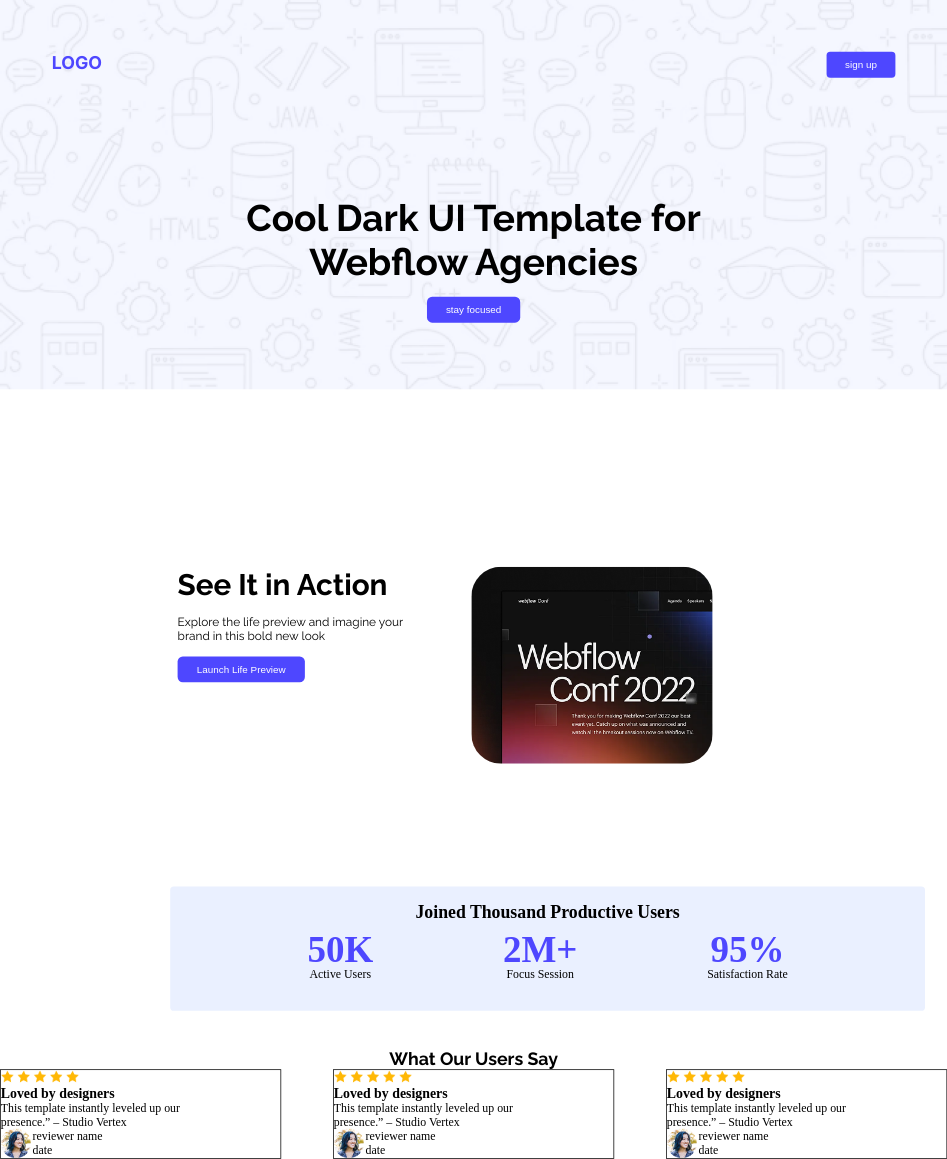
Repository: dollyrakhe22/landing-launchpad
Page: index.html
The author's editor kept a copy of each file at every save. The page is drawn from the files as they stood at one save, then again after the next save.
The browser window is 1280 px wide. The pictures show the whole page, at 74% of full size.

Above is the page before, as saved 2025-07-11 04:28:04.

### index.html
<!DOCTYPE html>
<html lang="en">
<head>
    <meta charset="UTF-8">
    <meta name="viewport" content="width=device-width, initial-scale=1.0">
    <title>Landing Launchpad</title>
    <link rel="preconnect" href="https://fonts.googleapis.com">
    <link rel="preconnect" href="https://fonts.googleapis.com">
<link rel="preconnect" href="https://fonts.gstatic.com" crossorigin>
<link href="https://fonts.googleapis.com/css2?family=Inter:ital,opsz,wght@0,14..32,100..900;1,14..32,100..900&family=Open+Sans:ital,wght@0,300..800;1,300..800&family=Raleway:ital,wght@0,100..900;1,100..900&display=swap" rel="stylesheet">
    <link rel="stylesheet" href="style.css">
   </head>
   <body>
    <header>

        <nav>
         <h2 class="inter-normal">LOGO</h2>
            <a href="#"><button>sign up</button></a>
        </nav>
        <div class="banner-section">
             <h1 class="raleway-normal" >Cool Dark UI Template for <br>Webflow Agencies</h1><br>
            <a href=""><button class="button-container">stay focused</button></a>
        </div>
    </header>
    <main>
           <!--action-container--->
           <div class="section-1">
            <div >
                <h3 class="raleway-normal">See It in Action</h3><br>
                <p class="raleway-normal" >Explore the life preview and imagine your<br>brand in this bold new look</p><br>
                 <a href=""><button class="button-container">Launch Life Preview</button></a>
                 </div>
                <div>
                     <img src="Assets/wc-mini.png" weight="90%"height="80%"
                     alt="" srcset="">
                </div>
            </div>
           <!--Users-Section-->
           <section class="users-container">
            <h1>Joined Thousand Productive Users</h1>
            <div class="contain">
                 <div>
                <h1>50K</h1>
                <p>Active Users</p>
            </div>
            <div>
                <h1>2M+</h1>
                <p>Focus Session</p>
            </div>
            <div>
                <h1>95%</h1>
                <p>Satisfaction Rate</p>
            </div>
            </div>


           </section>
            <!--Review-Card-->
            <section class="review-card">
                <h1 class="raleway-normal">What Our Users Say</h1>
                <div class="review-box">


                    <div class="box-1">
                 <div class="stars">
                   <img src="Assets/icon-star.png" alt="" srcset="">
                   <img src="Assets/icon-star.png" alt="" srcset="">
                   <img src="Assets/icon-star.png" alt="" srcset="">
                   <img src="Assets/icon-star.png" alt="" srcset="">
                   <img src="Assets/icon-star.png" alt="" srcset="">
                </div>
                <h3>Loved by designers</h3>
                <p>This template instantly leveled up our<br> presence.” – Studio Vertex</p>
                <div class="avater">
                <div class="user-details">
                    <img src="Assets/avatar.png" alt="" srcset="">

                <p>reviewer name<br>date</p>

                </div>
                </div>

               </div>

                <div class="box-1">
                     <div class="stars">
                   <img src="Assets/icon-star.png" alt="" srcset="">
                   <img src="Assets/icon-star.png" alt="" srcset="">
                   <img src="Assets/icon-star.png" alt="" srcset="">
                   <img src="Assets/icon-star.png" alt="" srcset="">
                   <img src="Assets/icon-star.png" alt="" srcset="">
                </div>
                <h3>Loved by designers</h3>
                <p>This template instantly leveled up our<br> presence.” – Studio Vertex</p>
                <div class="avater">
                <div class="user-details">
                    <img src="Assets/avatar.png" alt="" srcset="">

                <p>reviewer name<br>date</p>

                </div>
                </div>
                </div>



                <div class="box-1">
                         <div class="stars">
                   <img src="Assets/icon-star.png" alt="" srcset="">
                   <img src="Assets/icon-star.png" alt="" srcset="">
                   <img src="Assets/icon-star.png" alt="" srcset="">
                   <img src="Assets/icon-star.png" alt="" srcset="">
                   <img src="Assets/icon-star.png" alt="" srcset="">
                </div>
                <h3>Loved by designers</h3>
                <p>This template instantly leveled up our<br> presence.” – Studio Vertex</p>
                <div class="avater">
                <div class="user-details">
                    <img src="Assets/avatar.png" alt="" srcset="">

                <p>reviewer name<br>date</p>

                </div>
                </div>
                </div>
                </div>



            </section>

    </main>
    <footer>

    </footer>
</body>
</html>

### style.css
*{
    padding: 0;
    margin: 0;
}


.inter-normal {
  font-family: "Inter", sans-serif;
  font-optical-sizing: auto;
  font-style: normal;
}
header{
    background-image: url("Assets/Hero-bg.png");


}
/*nav style*/
h2{
    color:#4E47FF;
   font-weight:bolder;


}
nav{
    display: flex;
    justify-content: space-between;
    padding: 70px;
}
nav button{
    text-decoration: none;
    padding: 10px 25px;
    background-color:#4E47FF ;
    color:white;
    border-radius: 5px;
    border: none;


}

.raleway-normal{
  font-family: "Raleway", sans-serif;
  font-optical-sizing: auto;
  font-style: normal;
}
.banner-section{
    text-align: center;
    padding: 90px;
}
.banner-section h1{
    font-weight: bolder;
    font-size: 50px;
}
.button-container{
     padding: 10px 26px;
    background-color:#4E47FF ;
    color:white;
    border-radius: 7px;
    border: none;

}
/*action-container*/

.section-1{
    display: flex;
    justify-content: space-between;
    padding: 50px;
    margin: 190px;

}
.section-1 h3{
    font-size: 40px;
}
.section-1  p{

}
.section-1 img{
    border-radius: 40px;


}
/*Users- Section*/
.users-container{

    text-align: center;
    border: none;
    background-color: #eaf0ff;
    max-width: 1000px;
    padding:10px;
    margin: 0px 0px 0px 230px;
    margin-bottom: 50px;
    margin-top: -140px;
    border-radius: 5px;


}
.users-container h1{
    line-height: 50px;
}
.contain{
    display: flex;
    justify-content: center;
    justify-content: space-evenly;
    margin-bottom: 30px;



}
.contain h1{
    color: #4E47FF ;
    font-weight: bold;
    font-size: 50px;

}
/*Review-Card*/

   .box-1{
    border: 1px solid black;
    width:400px;
   }
.review-box{
    display: flex;
    justify-content: center;
    gap: 70px;
}

.review-card h1{
    text-align: center;
}
.user-details img{
    border-radius: 50%;
}
.user-details{
    display: flex;
    align-items: center;
    gap:2px;
}

After the next save:
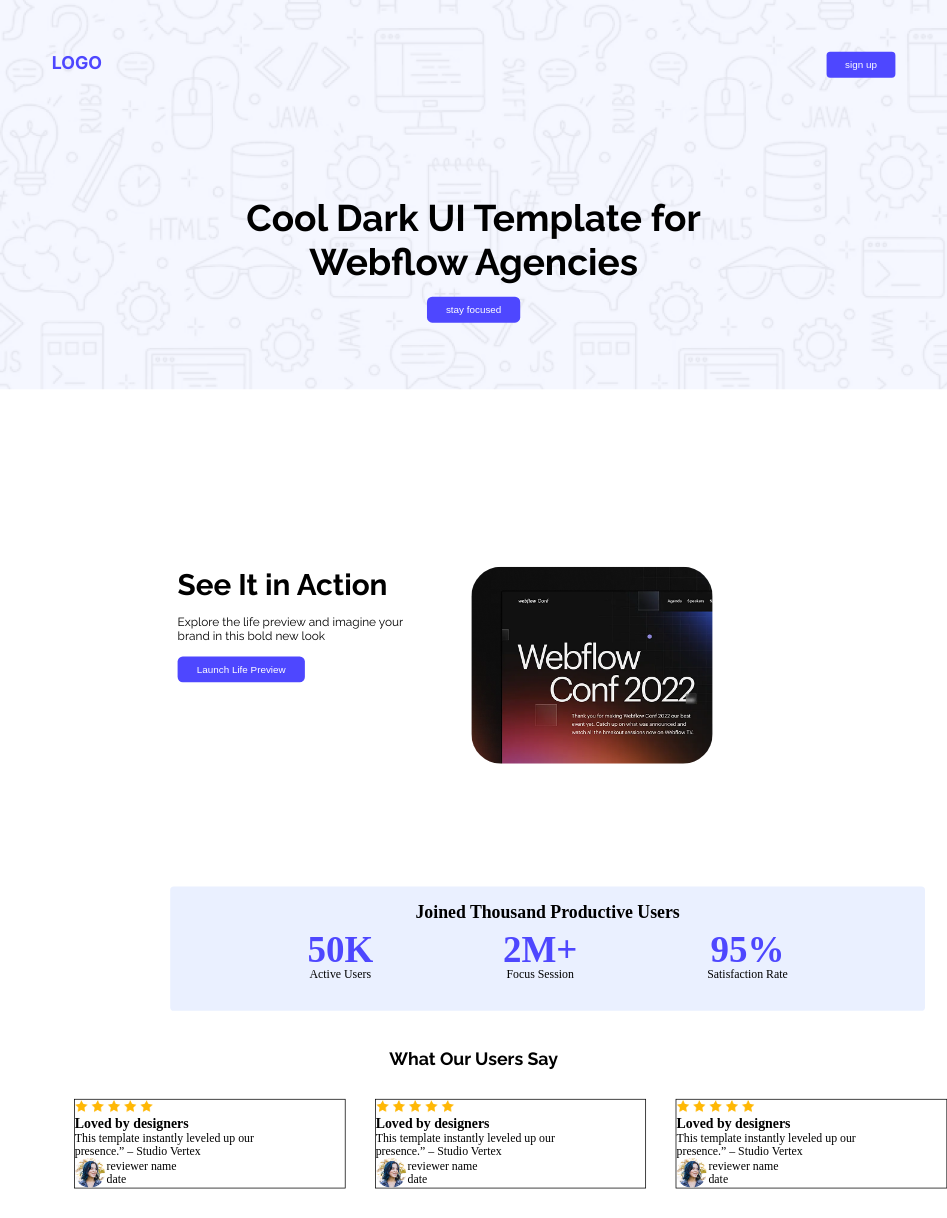
Saved 56 s later.
--- a/style.css
+++ b/style.css
@@ -120,7 +120,8 @@ nav button{
 .review-box{
     display: flex;
     justify-content: center;
-    gap: 70px;
+    gap: 40px;
+    margin: 40px 0px 40px 100px;
 }
 
 .review-card h1{
